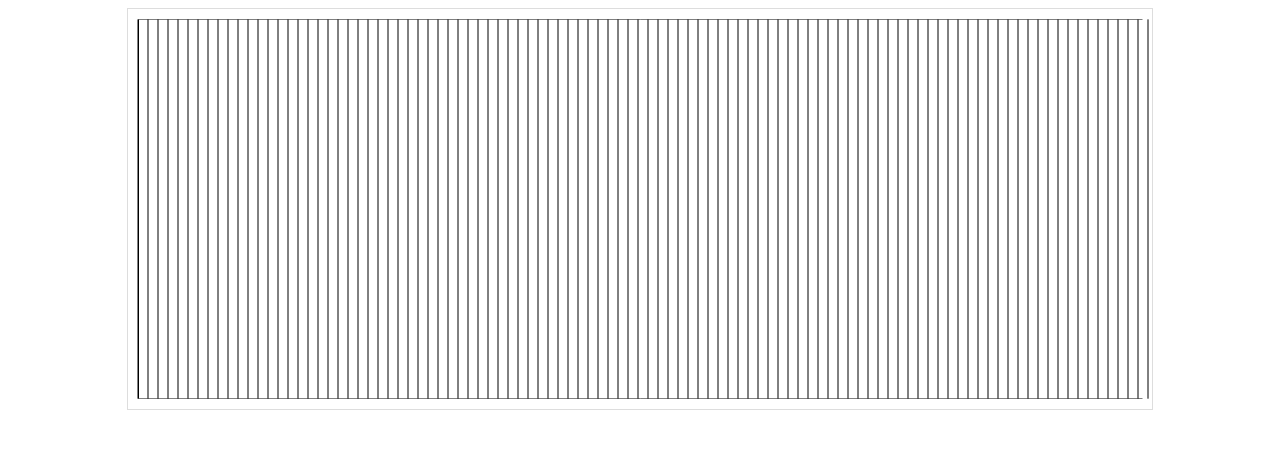
Repository: cw19931024/Demo
Page: canvas.html
The author's editor kept a copy of each file at every save. The page is drawn from the files as they stood at one save, then again after the next save.
The browser window is 1280 px wide. The pictures show the whole page.

Above is the page before, as saved 2017-07-26 18:04:29.

### canvas.html
<!DOCTYPE html>
<html lang="en">

<head>
    <title></title>
    <meta charset="UTF-8">
    <meta name="viewport" context="width=device-width, initial-scale=1">
    <style>
        canvas {
            margin: 0 auto;
            border: 1px solid #ddd;
            width: 1024px;
            height: 400px;
        }

        .tac {
            text-align: center;
        }
    </style>
</head>

<body>
    <div class="tac">
        <canvas id="canvas" width="1024" height="768"></canvas>
    </div>
</body>
<script>
    var canvas = document.getElementById('canvas');
    var context = canvas.getContext('2d');
    var width = canvas.width;
    var height = canvas.height;
    var padding = 10;

    //y轴线
    context.beginPath();
    context.lineWidth = 1;
    context.moveTo(padding + 0.5, height - padding - 10);
    context.lineTo(padding + 0.5, padding + 10);
    context.stroke();

    //x轴线
    context.beginPath();
    context.moveTo(padding + 0.5, height - padding - 10);
    context.lineTo(width - padding + 0.5, height - padding - 10)
    context.moveTo(padding + 0.5, padding + 10);
    context.lineTo(width - padding + 0.5, padding + 10)
    context.stroke();

    // var Number = 5;             //y轴的段数
    // var yLength = Math.floor(height -padding*2/Number);
    // var xLength = Math.floor(width -padding*2/data.length);

    for (var i = 0; i < width; i+=10) {
        context.beginPath();
        context.lineWidth = 1;
        context.moveTo(i +10, height - padding - 10);
        context.lineTo(i +10, padding + 10);
        context.stroke();
    }
</script>

</html>

After the next save:
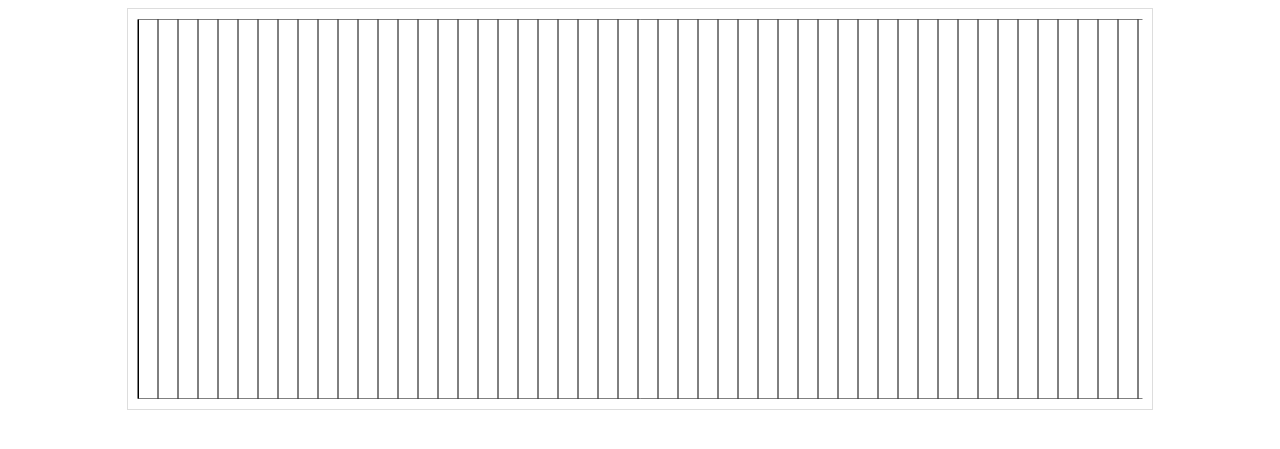
Saved 10 s later.
--- a/canvas.html
+++ b/canvas.html
@@ -50,7 +50,7 @@
     // var yLength = Math.floor(height -padding*2/Number);
     // var xLength = Math.floor(width -padding*2/data.length);
 
-    for (var i = 0; i < width; i+=10) {
+    for (var i = 0; i < width; i+=20) {
         context.beginPath();
         context.lineWidth = 1;
         context.moveTo(i +10, height - padding - 10);
